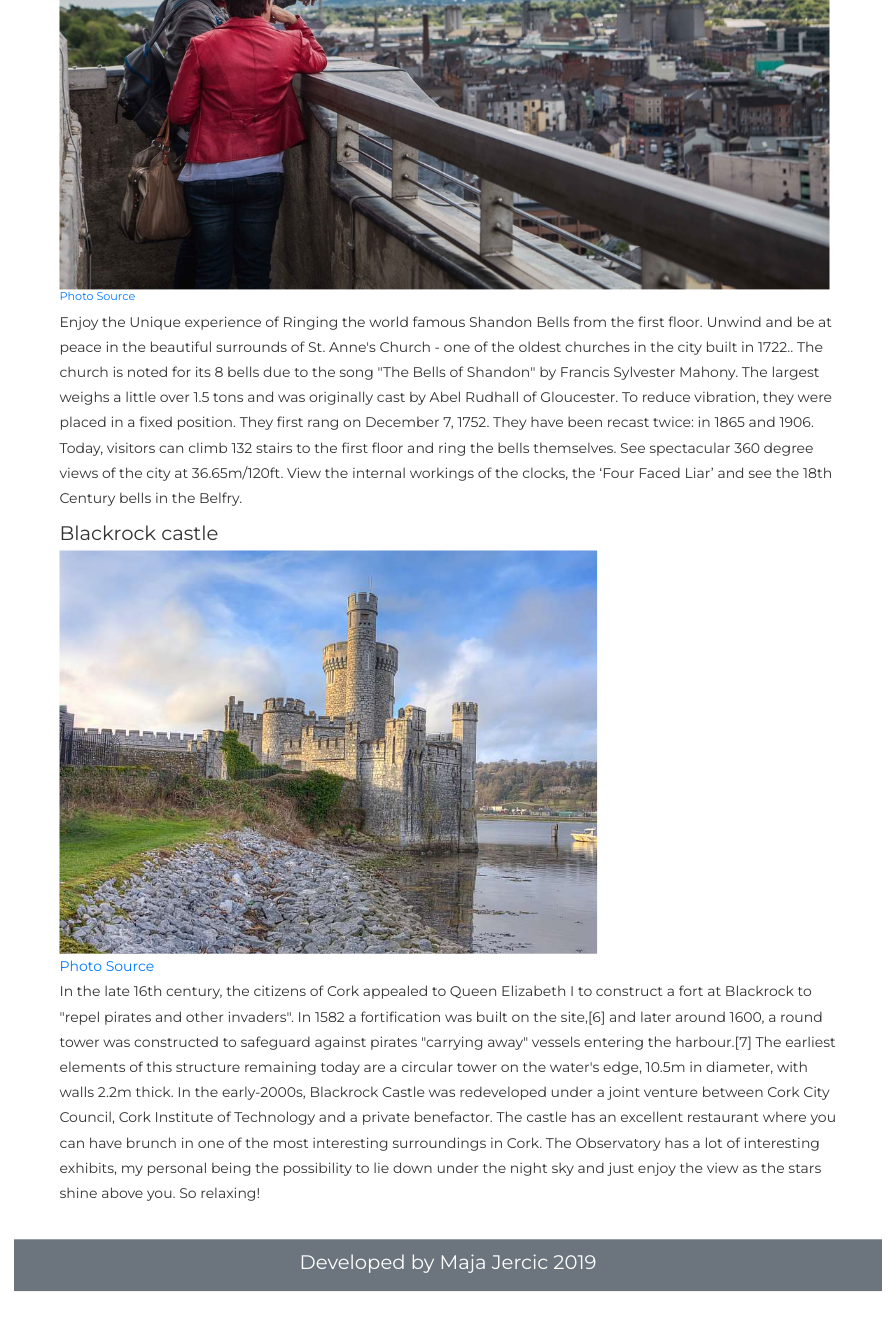
Repository: Maja-Jer/Welcome-to-Cork
Page: see.html
The author's editor kept a record of every edit. The page is drawn from the files as they stood at one moment, then again after the next edit.
The browser window is 1280 px wide. The pictures show the part of the page from y = 2268 to 4188 px (the page is 4188 px tall before and 4179 px after), at 70% of full size.
Some web libraries are served in a nearby version.

Above is the page before.
Console error: TypeError: Cannot read properties of undefined (reading 'fn')

### see.html
<!DOCTYPE html>
<html lang="en">

<head>
    <meta charset="UTF-8">
    <meta name="viewport" content="width=device-width, initial-scale=1">
    <meta http-equiv="X-UA-Compatible" content="ie=edge">
    <link rel="stylesheet" href="https://stackpath.bootstrapcdn.com/bootstrap/4.3.1/css/bootstrap.min.css" integrity="sha384-ggOyR0iXCbMQv3Xipma34MD+dH/1fQ784/j6cY/iJTQUOhcWr7x9JvoRxT2MZw1T" crossorigin="anonymous">
    <script src="https://stackpath.bootstrapcdn.com/bootstrap/4.3.1/js/bootstrap.min.js" integrity="sha384-JjSmVgyd0p3pXB1rRibZUAYoIIy6OrQ6VrjIEaFf/nJGzIxFDsf4x0xIM+B07jRM" crossorigin="anonymous"></script>
    <link rel="stylesheet" href="https://use.fontawesome.com/releases/v5.6.1/css/all.css" integrity="sha384-gfdkjb5BdAXd+lj+gudLWI+BXq4IuLW5IT+brZEZsLFm++aCMlF1V92rMkPaX4PP" crossorigin="anonymous">
    <link href="https://fonts.googleapis.com/css?family=Montserrat" rel="stylesheet">
    <link rel="stylesheet" href="assets/style.css" type="text/css" />
    <title>Welcome to Cork, the REAL capital of Ireland</title>
</head>

<body>

    <!---------------Navgation-------->
    <nav class="navbar navbar-light bg-light navbar-expand-sm">
        <a href="/" class="navbar-brand">Welcome to Cork</a>

        <!---------------Dropdown menu-------->
        <button class="navbar-toggler ml-auto" type="button" data-toggle="collapse" data-target="#navbarNavDropdown" aria-controls="navbarNavDropdown" aria-expanded="false" aria-label="Toggle navigation">
        <span class="navbar-toggler-icon"></span></button>

        <div class="collapse navbar-collapse" id="navbarNavDropdown">
            <ul class="navbar-nav mr-auto">
                <li class="nav-item mr-2"><a class="nav-link" href="#see">See</a></li>
                <li class="nav-item mr-2"><a class="nav-link" href="#experience">Experience</a></li>
                <li class="nav-item mr-2"><a class="nav-link" href="#party">Party</a></li>

            </ul>
        </div>

    </nav>

    <!--------------- Title -------->
    <div class="container-fluid mt-3 title">
        <h1>What to see in Cork?</h1>
        <div class="row title-row" <h5>This is a small collection of my favourite must-see places in Cork</h5>
        </div>
    </div>


    <!--------------- Sites -------->

    <div class="container-fluid all-sites">
        <div class= "container ucc-campus">
            <div class= "row ucc-campus">
                <div class= "col-6">
                    <h3>UCC Campus</h3>
                </div>
            </div>


        <img class= "img-fluid" src= "./assets/photos/ucc-campus1.jpg " alt="UCC Campus">
        <br>
        <h6><a href= "https://www.irishexaminer.com/breakingnews/ireland/ucc-isssues-1500-booklets-to-promote-good-relations-between-students-and-local-residents-949665.html ">Photo Source</a></h6>
    </div>


    <div class= "container ucc-description">
        <p col= "ucc-description">With over 20 000 people studying or working in University College Cork, the draw of the studies there is clear. But when you walk on to the Campus, it’s as if time stopped and you were transported back in time Despite much growth and development
            in recent decades, including considerable ongoing structural developments on the main campus, none of the developments have cast a shadow on the beautiful open grass quadrangle (which, incidentally, undergraduates must not traverse because
            tradition declares that they will fail their exams if they do). The quadrangle is surrounded on three sides by the University's most important old stone buildings, including the stone corridor housing many Ogham stones, and the arch where
            students anxiously come to view their end of year examination results. The stunning Aula Maxima is just off the stone corridor. With some luck you might get to see the statue of Queen Victoria, erected to commemorate Victoria's 1849 visit,
            which is in a locked room (again off the stone corridor). The statue stood on the eastern gable of the Aula Maxima from 1849 until 1934, when it was replaced by a statue of St Finbarr - after which it was buried (for its own protection) in
            the President's garden. It was finally dug up in 1994, but remains under lock and key. Don't miss the Honan Chapel, on campus, with its eleven impressive Harry Clarke stained glass windows
        </p>


    </div>


<div class= "container fitzgerald-park">
            <div class= "row fitzgerald-park">
                <div class= "col-6">
                    <h3>Fitzgerald Park</h3>
                </div>
            </div>


        <img class= "img-fluid" src="./assets/photos/fitzgerald-park.jpg" alt="Fitzgerald Park ">
        <br>
        <h6><a href= "http://www.corkenglishcollege.ie/media/4ae2bbd4-2834-4204-b7ae-c0ea07ad30a5/Events/Fitzgerald-Park_jpg ">Photo Source</a></h6>
    </div>


    <div class="container park-description">
        <p col="park-decription">Fitzgerald Park home to Cork Public Museum on the Mardyke is just a short distance from Cork City centre and
        the University College Cork. Fitzgerald's Park where the visitor and local alike can enjoy a riverside on the banks of the river Lee.
        Fitzgerald's Park named after a previous Lord Mayor of Cork in 1901, Edward Fitzgerald, offers a quite retreat from the hustle and bustle
        of the city, with its beautiful tree lined avenues, brimming flower beds and rose garden to its many statues and sculptures and the large
        central fountain, this 18 acre park is a wonderful treat. Fitzgerald's Park is a quiet haven, which has a playground for the children and a
        cafe to enjoy the view of the river Lee and across to the gardens and houses of the Sunday's Well area.

        </p>


    </div>


<div class= "container shandon-bells">
            <div class= "row shandon-bells">
                <div class= "col-6">
                    <h3>Shandon Bells</h3>
                </div>
            </div>


        <img class= "img-fluid" src="./assets/photos/shandon-bells.jpg " alt="Shandon Bells ">
        <br>
        <h6><a href="http://www.shandonbells.ie/uploads/1/2/6/6/12669090/1388908_orig.jpg">Photo Source</a></h6>
    </div>


    <div class= "container shandon-description">
        <p col="shandon-decription">Enjoy the Unique experience of Ringing the world famous Shandon Bells from the first floor.
Unwind and be at peace in the beautiful surrounds of St. Anne's Church - one of the oldest churches in the city built in 1722..﻿
The church is noted for its 8 bells due to the song "The Bells of Shandon" by Francis Sylvester Mahony. The largest weighs a little over 1.5 tons and was originally cast by Abel Rudhall of Gloucester. To reduce vibration, they were placed in a fixed position. They first rang on December 7, 1752. They have been recast twice: in 1865 and 1906. Today, visitors can climb 132 stairs to the first floor and ring the bells themselves. See spectacular 360 degree views of the city at 36.65m/120ft. View the internal workings of the clocks, the ‘Four Faced Liar’ and see the 18th Century bells in the Belfry.


        </p>


    </div>

    <div class= "container blackrock-castle">
            <div class= "row blackrock-castle">
                <div class= "col-6">
                    <h3>Blackrock castle</h3>
                </div>
            </div>


        <img class= "img-fluid"src="./assets/photos/blackrock_castle.jpg" alt="Blackrock castle">
        <br>
        <h7><a href= "https://www.bco.ie/whats-here/dailyschedule/">Photo Source</a></h7>
    </div>


    <div class= "container blackrock-description">
        <p col= "blackrock-decription">In the late 16th century, the citizens of Cork appealed to Queen Elizabeth I to construct a fort at Blackrock to "repel pirates and other invaders". In 1582 a fortification was built on the site,[6] and later around 1600, a round tower was constructed to safeguard against pirates "carrying away" vessels entering the harbour.[7] The earliest elements of this structure remaining today are a circular tower on the water's edge, 10.5m in diameter, with walls 2.2m thick.
In the early-2000s, Blackrock Castle was redeveloped under a joint venture between Cork City Council, Cork Institute of Technology and a private benefactor.

The castle has an excellent restaurant where you can have brunch in one of the most interesting surroundings in Cork. The Observatory has a lot of interesting exhibits, my personal being the possibility to lie down under the night sky and just enjoy the view as the stars shine above you. So relaxing!

        </p>


    </div>

    </div>


    <!--------------- Footer -------->

    <footer class="bg-secondary mt-5 p-3 ">
        <div class="container-fluid ">
            <div class="col-12 text-white ">
                <h3>Developed by Maja Jercic 2019</h3>
            </div>
        </div>
    </footer>

    <script src="https://stackpath.bootstrapcdn.com/bootstrap/4.3.1/js/bootstrap.min.js " integrity="sha384-JjSmVgyd0p3pXB1rRibZUAYoIIy6OrQ6VrjIEaFf/nJGzIxFDsf4x0xIM+B07jRM " crossorigin="anonymous "></script>
    <script src="https://code.jquery.com/jquery-3.3.1.slim.min.js " integrity="sha384-q8i/X+965DzO0rT7abK41JStQIAqVgRVzpbzo5smXKp4YfRvH+8abtTE1Pi6jizo " crossorigin="anonymous "></script>
    <script src="https://cdnjs.cloudflare.com/ajax/libs/popper.js/1.14.7/umd/popper.min.js " integrity="sha384-UO2eT0CpHqdSJQ6hJty5KVphtPhzWj9WO1clHTMGa3JDZwrnQq4sF86dIHNDz0W1 " crossorigin="anonymous "></script>

</body>


</html>

### assets/style.css
/*----------------------- header*/

head {
  font-family: 'Roboto', sans-serif;
}

body {
  font: 20px Montserrat, sans-serif;
  line-height: 1.8;
  color: #333;
  display: block;
  padding: 10px 20px 75px 20px;


}

/*----------------------navigation bar*/

ul {
  list-style-type: none;
  margin: 0;
  padding: 0;
  overflow: hidden;
  font-weight: normal;
  font-size: 24px;
}

li {
  float: left;
}

navbar-brand {
  color: black;
}

li a {
  display: block;
  color: white;
  text-align: center;
  padding: 14px 16px;
  text-decoration: none;

}

li a:hover {
  background-color: #9FA8DA;
  color: white;
  text-decoration: none;
  font-weight: bold;
}

/*---------------------end of navigation bar*/

.main-container {


}
.container-main-photo {
  max-height: 300px;
  max-width: 80%;

}

/* ---------------------------------- Article*/
.article {
  position: relative;
  vertical-align: top;
  background-color: #fff
  margin-bottom: 1em;
  max-width: 830px;
  padding: 2em 0 0 0;
  text-align: left;
}

.site-photo {
  position: relative;
  text-align: center;
  margin-bottom: 1.6em;
}

.site-description {
  margin: 2em 5% 2em 5%;
  font-size: 1.1em;
  line-height: 1.7;
  color: #333;
}


/* ---------------------------------- Title*/

.title {
  text-align: left;
  padding-left:20px;
}

.title-row {
  padding-top: 20px;
  padding-bottom: 20px;


}
/* ---------------------------------- Containers*/

.center {
  display: block;
  margin-left: auto;
  margin-right: auto;
  width: 50%;
}

.main-photo {
  display: block;
  max-height: 730px;
  max-width: 1160px;
  padding: 30px;
  overflow: auto;
}


#container-about-cork {
  font-size: 16px;
  margin: 25px 50px 75px;
  padding: 30px;


}
@media screen and (min-width: 600px) {
#container-about-cork {
  font-size: 20px;
  margin: 25px 20px 75px 20px;
  }
}
@media screen and (max-width: 600px) {
#container-about-cork {
  font-size: 14px;
  margin: 25px 10px 75px 20px;
  }
}

.container-ucc-campus {

}



/*---------------------footer*/

.p-3 {
    padding: 1rem!important;
}

.mt-5, .my-5 {
    margin-top: 3rem!important;

}

.bg-secondary {
    background-color: #6c757d!important;
}

.footer {
  width: 100%;
  margin-right: auto;
  margin-left: auto;
}

.text-white {
  color: #fff!important;
}

.col-12 {
  -ms-flex: 0 0 100%;
  flex: 0 0 100%;
  max-width: 100%;
  text-align: center;
}

After the next edit:
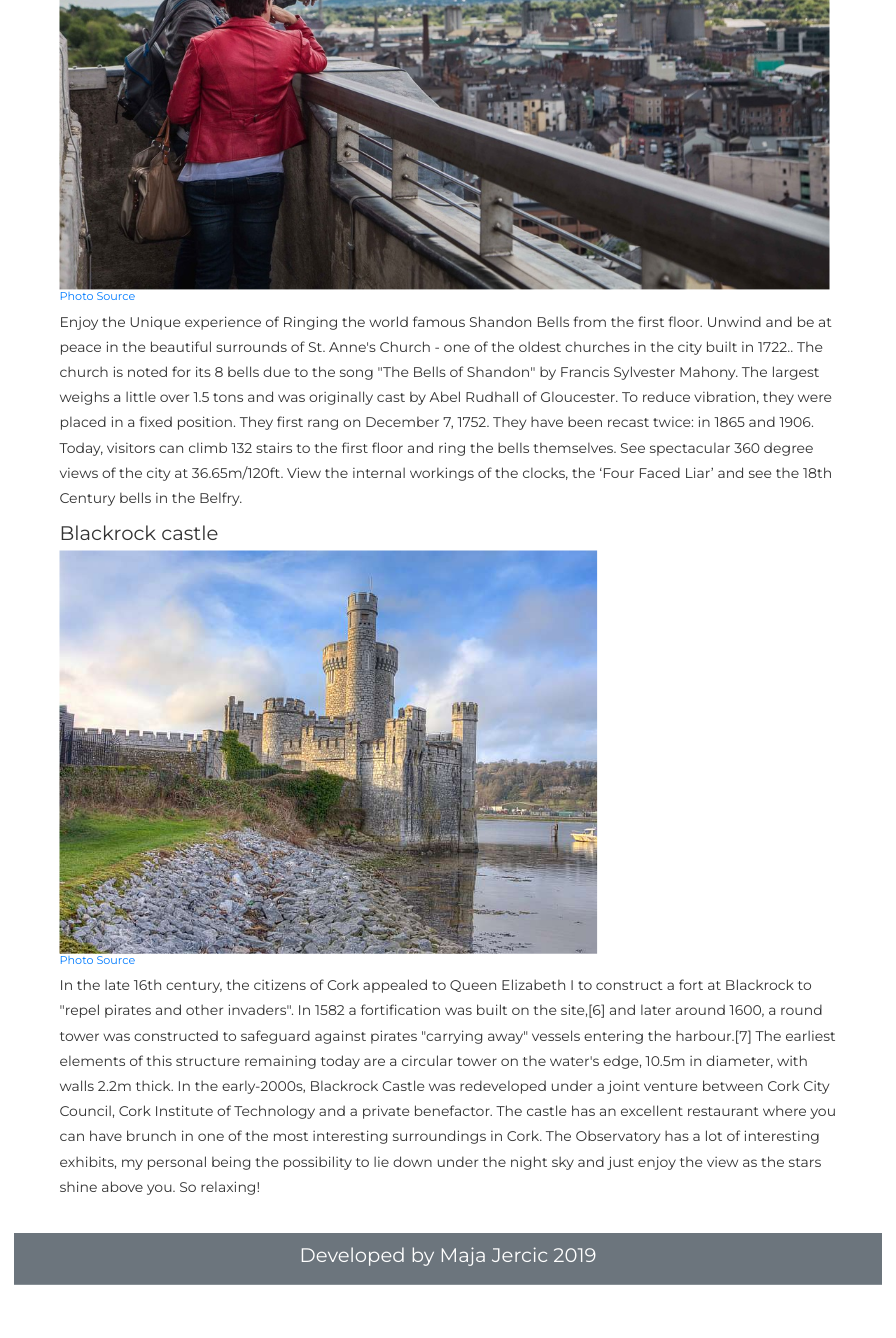
The edit:
--- a/see.html
+++ b/see.html
@@ -135,7 +135,7 @@
 
         <img class= "img-fluid"src="./assets/photos/blackrock_castle.jpg" alt="Blackrock castle">
         <br>
-        <h7><a href= "https://www.bco.ie/whats-here/dailyschedule/">Photo Source</a></h7>
+        <h6><a href= "https://www.bco.ie/whats-here/dailyschedule/">Photo Source</a></h6>
     </div>
 
 
